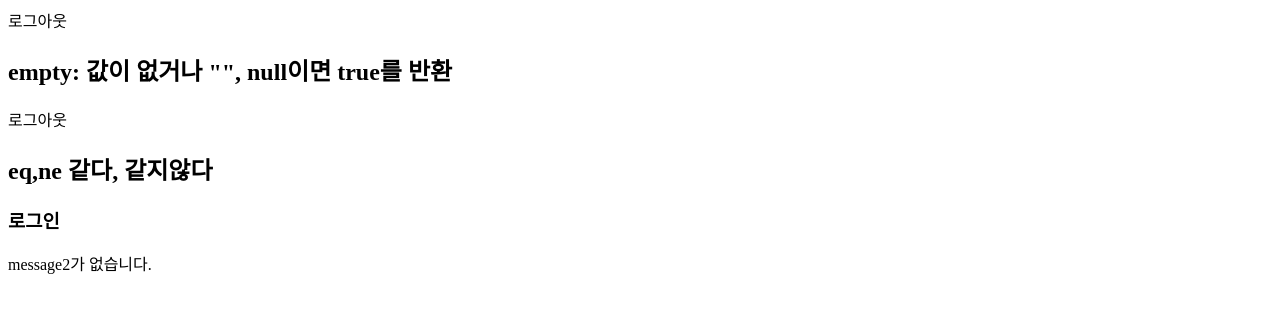
Repository: nobley3/EclipseIDE
Page: http://localhost/ELprj0908/jstl4
An editor plug-in stored every save of this project. The page is shown before and after the next save, followed by the edit.
The browser window is 1280 px wide. The pictures show the whole page.
The page is served by Tomcat 9.

Above is the page before, as saved 2023-09-08 03:13:42.

After the next save:
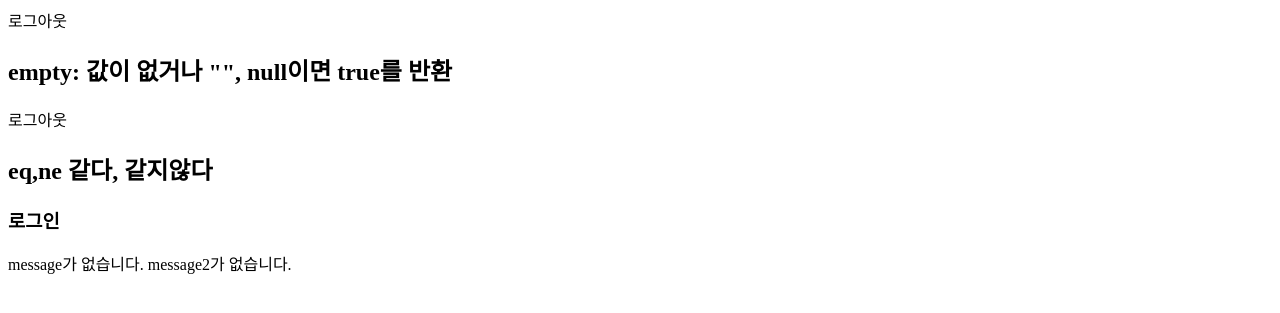
Saved 19 s later.
--- a/ELprj0908/src/main/webapp/WEB-INF/views/jstl4.jsp
+++ b/ELprj0908/src/main/webapp/WEB-INF/views/jstl4.jsp
@@ -35,6 +35,10 @@
 		<h3>로그아웃</h3>
 	</c:if>
 
+	<c:if test="${empty message1}">
+	message가 없습니다.
+	</c:if>
+
 	<c:if test="${empty message2}">
 	message2가 없습니다.
 	</c:if>
